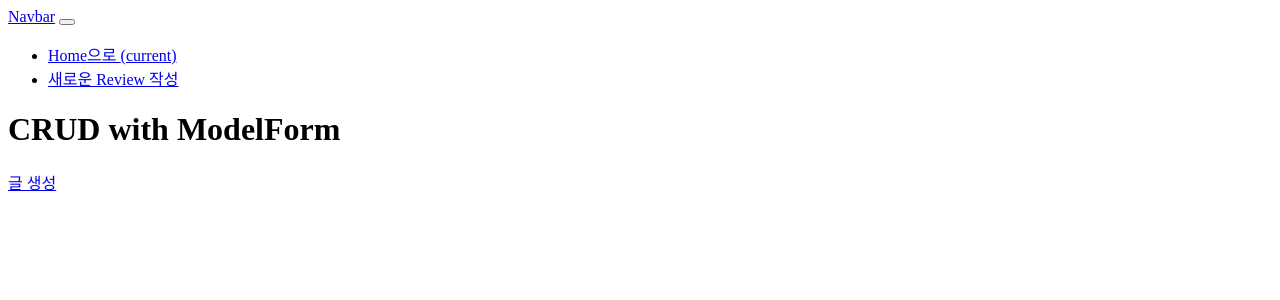
Repository: Jeonseoghyeon/Cloud9-IDE-PRACTICE
Page: http://localhost/articles/
The author's editor kept a record of every edit. The page is drawn from the files as they stood at one moment, then again after the next edit.
The browser window is 1280 px wide. The pictures show the whole page.
The page is served by the project's application, run on Django 2.2 (practice/0407/crud/manage.py). Other server files are loaded and not shown. Queries for data that is not in the repository find no rows.

Above is the page before.

### practice/0407/crud/articles/views.py
from django.shortcuts import render, redirect
from .models import Article
from .forms import ArticleForm

# Create your views here.
def index(request):
    articles = Article.objects.order_by('-pk')
    context = {
        'articles':articles,
    }
    return render(request,'articles/index.html',context)



def detail(request,pk):
    article = Article.objects.get(pk=pk)
    context = {
        'article':article
    }
    return render(request,'articles/detail.html',context)


#게시물 생성 기능

def create(request):
    # 1-4. 사용자가 데이터를 입력해서 저장 요청을 보낸다.(POST)
    # 1-10. 사용자가 올바른 데이터를 입력해서 저장 요청을 보낸다.
    if request.method == 'POST':
        # 1-5. 입력한 데이터를 폼에 담는다.
        # 1-11. 입력한 데이터를 폼에 담는다.
        form = ArticleForm(request.POST)
        # 1-6. 유효성 검사를 한다.
        # 1-12. 유효성 검사를 한다.
        if form.is_valid():
            # 1-13. 유효성 검사를 통과하고 저장한다.
            article = form.save()
            # 1-14. 작성된 글로 넘겨준다.
            return redirect('articles:detail', article.id)


    # 1-1. 사용자에게 폼을 보여준다.(GET)
    else:
        # 1-2. 폼을 생성한다.
        form = ArticleForm()
    context={
        'form':form
    }
    # 1-3. 폼을 사용자에게 보내준다.
    return render(request,'articles/create.html',context)

    # # 1-7. (유효성 검사 실패한 경우)
    # # 1-8. 새로운 Form을 다시 만든다.
    # form = ArticleForm()
    # context = {
    #     'form':form
    # }
    # # 1-9. 새로운 Form을 보내준다.
    # return render(request, 'articles/create.html',context)

def update(request,pk):
    # article = get_object_or_404(pk=pk)
    article = Article.objects.get(pk=pk)
    if request.method == 'POST':
        form = ArticleForm(request.POST, instance=article)
        if form.is_valid():
            form.save()
            return redirect('articles:detail', pk)
    else:
        form = ArticleForm(instance=article)

    context = {
        'form':form
    }
    return render(request, 'articles/update.html',context)

def delete(request,pk):
    article = Article.objects.get(pk=pk)
    article.delete()
    return redirect('articles:index')

### practice/0407/crud/articles/templates/articles/index.html
{% extends 'base.html' %}
{% block body %}
    {% for article in articles %}
        <a href="{% url 'articles:detail' article.id %}">{{forloop.counter}}번 글</a><br>
        <p>{{article.title}}</p>
        <a href="{% url 'articles:update' article.id %}">글 수정</a>
    {% endfor %}
{% endblock %}

### practice/0407/crud/templates/base.html
<!DOCTYPE html>
<html lang="en">
<head>
    <meta charset="UTF-8">
    <meta name="viewport" content="width=device-width, initial-scale=1.0">
    <meta http-equiv="X-UA-Compatible" content="ie=edge">
    <title>Document</title>
</head>
<body>
     <nav class="navbar navbar-expand-lg navbar-light bg-light sticky-top">
      <a class="navbar-brand" href="/articles">Navbar</a>
      <button class="navbar-toggler" type="button" data-toggle="collapse" data-target="#navbarSupportedContent" aria-controls="navbarSupportedContent" aria-expanded="false" aria-label="Toggle navigation">
        <span class="navbar-toggler-icon"></span>
      </button>
      <div class="collapse navbar-collapse" id="navbarSupportedContent">
        <ul class="navbar-nav mr-auto">
          <li class="nav-item active">
            <a class="nav-link" href="/articles">Home으로 <span class="sr-only">(current)</span></a>
          </li>
          <li class="nav-item">
            <a class="nav-link" href="/articles/new">새로운 Review 작성</a>
      </div>
    </nav>
    <h1>CRUD with ModelForm</h1>
    <a href="{% url 'articles:create' %}">글 생성</a>
    {% block body %}
    {% endblock %}

    <script src="https://code.jquery.com/jquery-3.4.1.slim.min.js" integrity="sha384-J6qa4849blE2+poT4WnyKhv5vZF5SrPo0iEjwBvKU7imGFAV0wwj1yYfoRSJoZ+n" crossorigin="anonymous"></script>
    <script src="https://cdn.jsdelivr.net/npm/popper.js@1.16.0/dist/umd/popper.min.js" integrity="sha384-Q6E9RHvbIyZFJoft+2mJbHaEWldlvI9IOYy5n3zV9zzTtmI3UksdQRVvoxMfooAo" crossorigin="anonymous"></script>
    <script src="https://stackpath.bootstrapcdn.com/bootstrap/4.4.1/js/bootstrap.min.js" integrity="sha384-wfSDF2E50Y2D1uUdj0O3uMBJnjuUD4Ih7YwaYd1iqfktj0Uod8GCExl3Og8ifwB6" crossorigin="anonymous"></script>
</body>
</html>

### practice/0407/crud/crud/urls.py
"""crud URL Configuration

The `urlpatterns` list routes URLs to views. For more information please see:
    https://docs.djangoproject.com/en/2.1/topics/http/urls/
Examples:
Function views
    1. Add an import:  from my_app import views
    2. Add a URL to urlpatterns:  path('', views.home, name='home')
Class-based views
    1. Add an import:  from other_app.views import Home
    2. Add a URL to urlpatterns:  path('', Home.as_view(), name='home')
Including another URLconf
    1. Import the include() function: from django.urls import include, path
    2. Add a URL to urlpatterns:  path('blog/', include('blog.urls'))
"""
from django.contrib import admin
from django.urls import path ,include

urlpatterns = [
    path('admin/', admin.site.urls),
    path('articles/',include('articles.urls'))
]

### practice/0407/crud/articles/urls.py
from django.urls import path
from . import views

app_name = 'articles'

urlpatterns = [
    path('', views.index, name='index'),
    path('<int:pk>/detail/', views.detail, name='detail'),
    path('create/', views.create, name='create'),
    path('<int:pk>/update/', views.update, name='update'),
    path('<int:pk>/delete/',views.delete, name='delete'),
    ]

After the next edit:
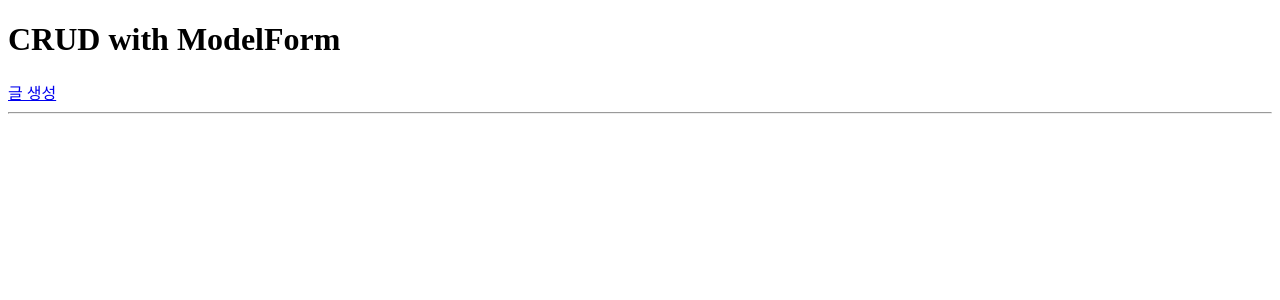
The edit:
--- a/practice/0407/crud/templates/base.html
+++ b/practice/0407/crud/templates/base.html
@@ -7,22 +7,9 @@
     <title>Document</title>
 </head>
 <body>
-     <nav class="navbar navbar-expand-lg navbar-light bg-light sticky-top">
-      <a class="navbar-brand" href="/articles">Navbar</a>
-      <button class="navbar-toggler" type="button" data-toggle="collapse" data-target="#navbarSupportedContent" aria-controls="navbarSupportedContent" aria-expanded="false" aria-label="Toggle navigation">
-        <span class="navbar-toggler-icon"></span>
-      </button>
-      <div class="collapse navbar-collapse" id="navbarSupportedContent">
-        <ul class="navbar-nav mr-auto">
-          <li class="nav-item active">
-            <a class="nav-link" href="/articles">Home으로 <span class="sr-only">(current)</span></a>
-          </li>
-          <li class="nav-item">
-            <a class="nav-link" href="/articles/new">새로운 Review 작성</a>
-      </div>
-    </nav>
     <h1>CRUD with ModelForm</h1>
-    <a href="{% url 'articles:create' %}">글 생성</a>
+    <a href="{% url 'articles:create' %}">글 생성</a><br>
+    <hr>
     {% block body %}
     {% endblock %}
 
